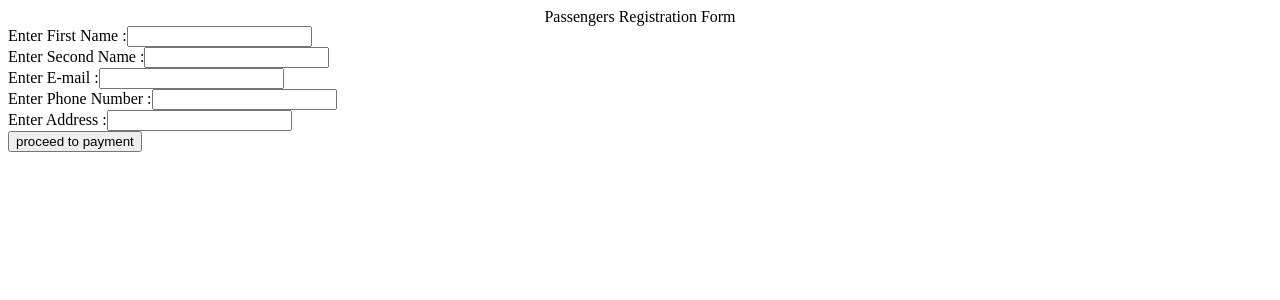
Repository: nihargowda/phase2project
Page: http://localhost/AirAway/userdetails.jsp
An editor plug-in stored every save of this project. The page is shown before and after the next save, followed by the edit.
The browser window is 1280 px wide. The pictures show the whole page.
The page is served by Tomcat 9. Other server files are loaded and not shown.

Above is the page before, as saved 2020-11-17 18:01:05.

### AirAway/src/main/webapp/userdetails.jsp
<%@ page language="java" contentType="text/html; charset=ISO-8859-1"
    pageEncoding="ISO-8859-1"%>
<!DOCTYPE html>
<html>
<head>
<meta charset="ISO-8859-1">
<title>Insert title here</title>
</head>
<body>
<center>Passengers Registration Form</center>
<form action="/AirAway/UserServlet" method="post">

Enter First Name :<input type="text" name="fname"><br>
Enter Second Name :<input type="text" name="sname"><br>
Enter E-mail :<input type="text" name="mail"><br>
Enter Phone Number :<input type="text" name="phone"><br>
Enter Address :<input type="text" name="address"><br>
<input type="submit" value="proceed to payment">
</form>
</body>
</html>

After the next save:
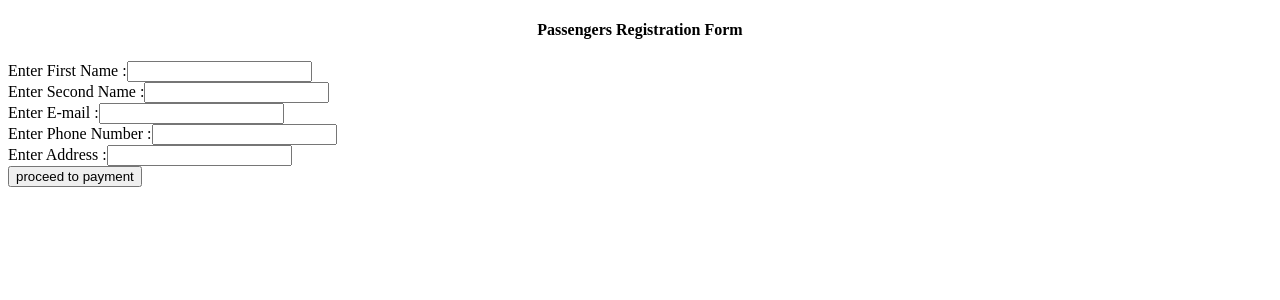
Saved 76 s later.
--- a/AirAway/src/main/webapp/userdetails.jsp
+++ b/AirAway/src/main/webapp/userdetails.jsp
@@ -7,7 +7,7 @@
 <title>Insert title here</title>
 </head>
 <body>
-<center>Passengers Registration Form</center>
+<h4><center>Passengers Registration Form</center></h4>
 <form action="/AirAway/UserServlet" method="post">
 
 Enter First Name :<input type="text" name="fname"><br>
